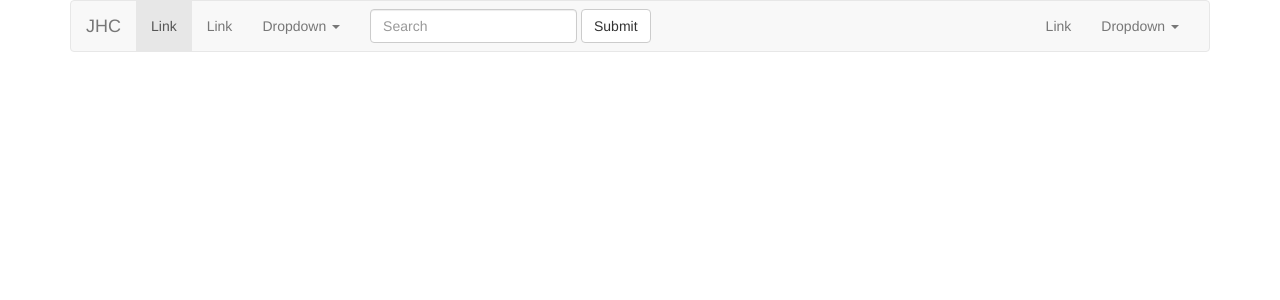
Repository: Karthi-Mano/AdvanceJavaPrograms
Page: BootStrapExample/WebContent/HomePage.html
An editor plug-in stored every save of this project. The page is shown before and after the next save, followed by the edit.
The browser window is 1280 px wide. The pictures show the whole page.

Above is the page before, as saved 2017-09-13 22:40:47.

### BootStrapExample/WebContent/HomePage.html
<!DOCTYPE html>
<html>
<head>
<meta charset="ISO-8859-1">
<title>Insert title here</title>

  <link rel="stylesheet" href="./resources/css/bootstrap.min.css"/>
  <script src="./resources/js/jquery.min.js"></script>
  <script src="./resources/js/bootstrap.min.js"></script>

</head>
<body>
<div class="container">
  <div class="row">
    <div class="col-md-12">
      <nav class="navbar navbar-default">
  <div class="container-fluid">
    <!-- Brand and toggle get grouped for better mobile display -->
    <div class="navbar-header">
      <button type="button" class="navbar-toggle collapsed" data-toggle="collapse" data-target="#bs-example-navbar-collapse-1" aria-expanded="false">
        <span class="sr-only">Toggle navigation</span>
        <span class="icon-bar"></span>
        <span class="icon-bar"></span>
        <span class="icon-bar"></span>
      </button>
      <a class="navbar-brand" href="#">JHC</a>
    </div>

    <!-- Collect the nav links, forms, and other content for toggling -->
    <div class="collapse navbar-collapse" id="bs-example-navbar-collapse-1">
      <ul class="nav navbar-nav">
        <li class="active"><a href="#">Link <span class="sr-only">(current)</span></a></li>
        <li><a href="#">Link</a></li>
        <li class="dropdown">
          <a href="#" class="dropdown-toggle" data-toggle="dropdown" role="button" aria-haspopup="true" aria-expanded="false">Dropdown <span class="caret"></span></a>
          <ul class="dropdown-menu">
            <li><a href="#">Action</a></li>
            <li><a href="#">Another action</a></li>
            <li><a href="#">Something else here</a></li>

          </ul>
        </li>
      </ul>
      <form class="navbar-form navbar-left">
        <div class="form-group">
          <input type="text" class="form-control" placeholder="Search">
        </div>
        <button type="submit" class="btn btn-default">Submit</button>
      </form>
      <ul class="nav navbar-nav navbar-right">
        <li><a href="#">Link</a></li>
        <li class="dropdown">
          <a href="#" class="dropdown-toggle" data-toggle="dropdown" role="button" aria-haspopup="true" aria-expanded="false">Dropdown <span class="caret"></span></a>
          <ul class="dropdown-menu">
            <li><a href="#">Action</a></li>
            <li><a href="#">Another action</a></li>
            <li><a href="#">Something else here</a></li>
            <li role="separator" class="divider"></li>
            <li><a href="#">Separated link</a></li>
          </ul>
        </li>
      </ul>
    </div><!-- /.navbar-collapse -->
  </div><!-- /.container-fluid -->
</nav>
    </div>
  </div>
</div>
</body>
</html>

Loaded but not shown: BootStrapExample/WebContent/resources/css/bootstrap.min.css (library); BootStrapExample/WebContent/resources/js/jquery.min.js (library); BootStrapExample/WebContent/resources/js/bootstrap.min.js (library)

After the next save:
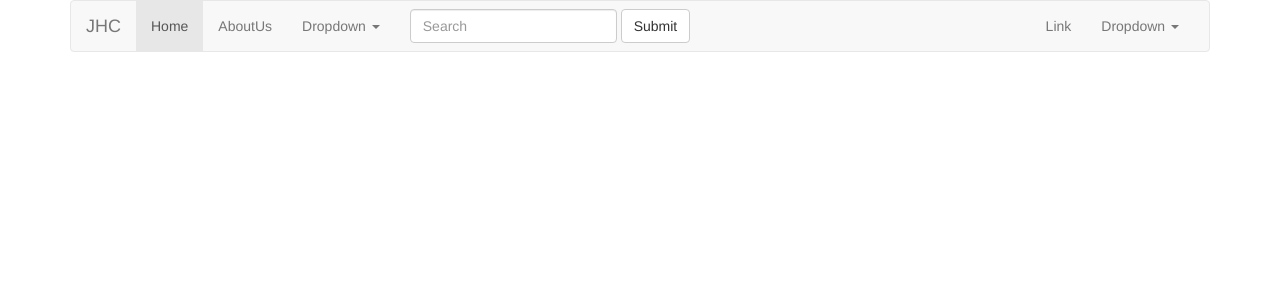
Saved 11 s later.
--- a/BootStrapExample/WebContent/HomePage.html
+++ b/BootStrapExample/WebContent/HomePage.html
@@ -29,8 +29,8 @@
     <!-- Collect the nav links, forms, and other content for toggling -->
     <div class="collapse navbar-collapse" id="bs-example-navbar-collapse-1">
       <ul class="nav navbar-nav">
-        <li class="active"><a href="#">Link <span class="sr-only">(current)</span></a></li>
-        <li><a href="#">Link</a></li>
+        <li class="active"><a href="#">Home <span class="sr-only">(current)</span></a></li>
+        <li><a href="#">AboutUs</a></li>
         <li class="dropdown">
           <a href="#" class="dropdown-toggle" data-toggle="dropdown" role="button" aria-haspopup="true" aria-expanded="false">Dropdown <span class="caret"></span></a>
           <ul class="dropdown-menu">
